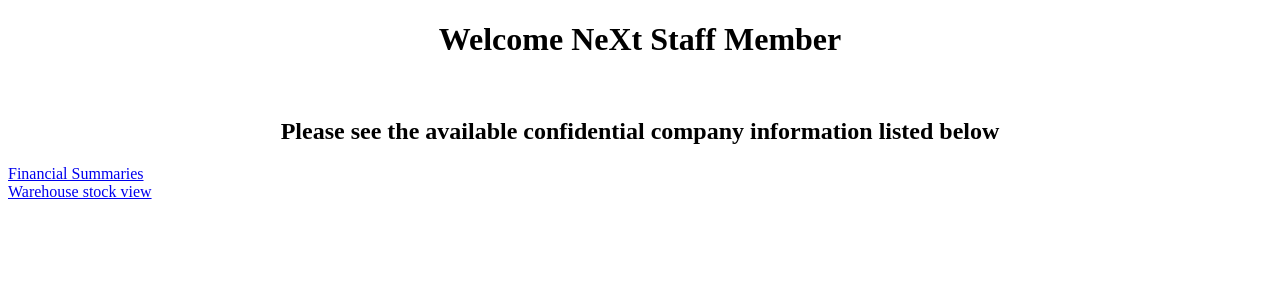
Repository: rstevenson6/304Project
Page: http://localhost/GroupProject/Admin.jsp
These files come from the project's save history. The page is drawn as it stood at one moment and after the next save; the edit follows.
The browser window is 1280 px wide. The pictures show the whole page.
The page is served by Tomcat 9. Other server files are loaded and not shown.

Above is the page before, as saved 2016-11-28 06:15:02.

### GroupProject/WebContent/Admin.jsp
<%@ page language="java" contentType="text/html; charset=ISO-8859-1"
    pageEncoding="ISO-8859-1"%>
<!DOCTYPE html PUBLIC "-//W3C//DTD HTML 4.01 Transitional//EN" "http://www.w3.org/TR/html4/loose.dtd">
<html>
<head>
<meta http-equiv="Content-Type" content="text/html; charset=ISO-8859-1">
<title>Insert title here</title>
</head>
<body>
<h1 align="center"> Welcome NeXt Staff Member</h1> </br>
<h2 align="center"> Please see the available confidential company information listed below</h2>
<center></center><a href= listprod.jsp align="center">Financial Summaries</a></center></br>
<a href= listprod.jsp>Warehouse stock view</a>


</body>
</html>

After the next save:
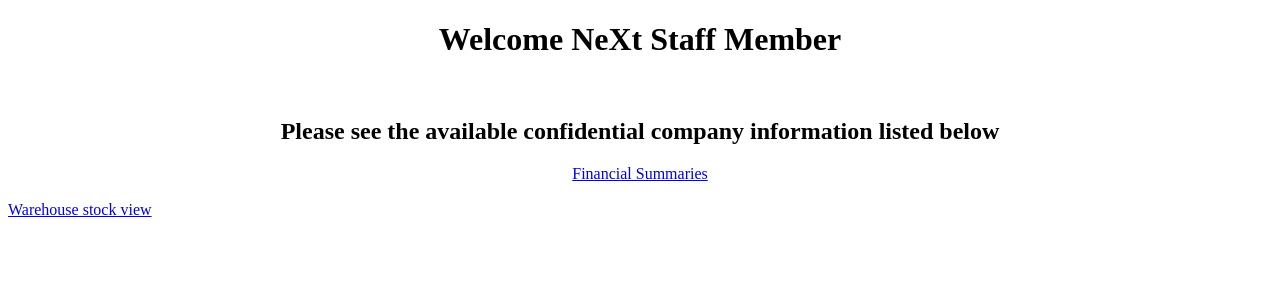
Saved 16 s later.
--- a/GroupProject/WebContent/Admin.jsp
+++ b/GroupProject/WebContent/Admin.jsp
@@ -9,7 +9,7 @@
 <body>
 <h1 align="center"> Welcome NeXt Staff Member</h1> </br>
 <h2 align="center"> Please see the available confidential company information listed below</h2>
-<center></center><a href= listprod.jsp align="center">Financial Summaries</a></center></br>
+<center><a href= listprod.jsp align="center">Financial Summaries</a></center></br>
 <a href= listprod.jsp>Warehouse stock view</a>
 
 
